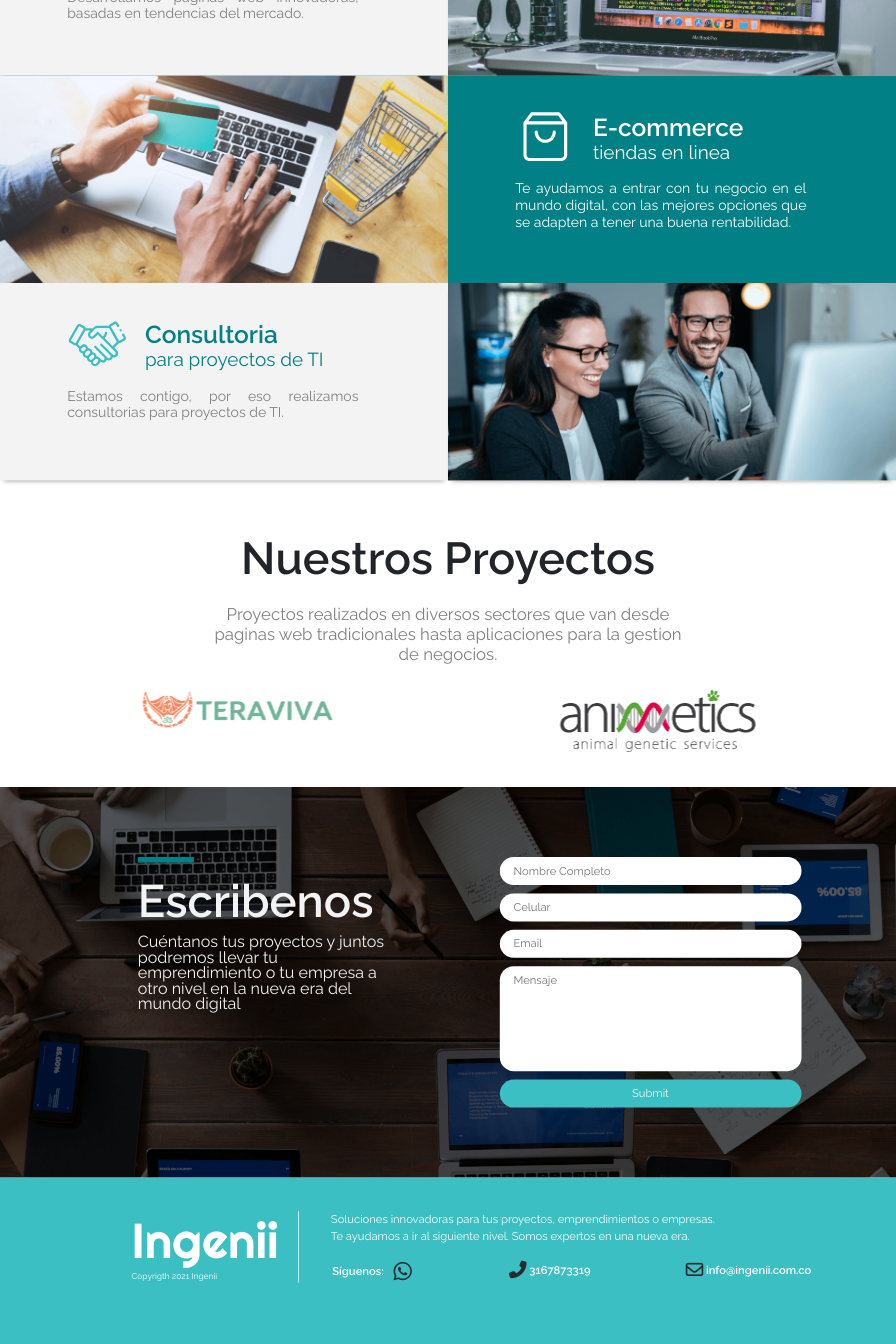
Repository: mariomr87/testwebpage
Page: index.html
An editor plug-in stored every save of this project. The page is shown before and after the next save, followed by the edit.
The browser window is 1280 px wide. The pictures show the part of the page from y = 1606 to 3526 px (the page is 3526 px tall), at 70% of full size.
Some web libraries are served in a nearby version.

Above is the page before, as saved 2021-10-19 21:05:03.

### index.html
<!DOCTYPE html>
<html>
<head>
	<meta charset="utf-8">
	<title>Ingenii - Nueva era</title>
	<link href="style.css" rel="stylesheet">
	<!-- CSS only -->
	<link href="https://cdn.jsdelivr.net/npm/bootstrap@5.0.2/dist/css/bootstrap.min.css" rel="stylesheet" integrity="sha384-EVSTQN3/azprG1Anm3QDgpJLIm9Nao0Yz1ztcQTwFspd3yD65VohhpuuCOmLASjC" crossorigin="anonymous">
	<link rel="preconnect" href="https://fonts.googleapis.com">
	<link rel="preconnect" href="https://fonts.gstatic.com" crossorigin>
	<link href="https://fonts.googleapis.com/css2?family=Raleway:ital,wght@0,200;0,400;0,600;1,900&display=swap" rel="stylesheet">
	<script src="https://kit.fontawesome.com/ffd6f804ac.js" crossorigin="anonymous"></script>

	<!--MENU BOOSTRAP JavaScript Bundle with Popper -->
	<script src="https://cdn.jsdelivr.net/npm/bootstrap@5.1.1/dist/js/bootstrap.bundle.min.js" integrity="sha384-/bQdsTh/da6pkI1MST/rWKFNjaCP5gBSY4sEBT38Q/9RBh9AH40zEOg7Hlq2THRZ" crossorigin="anonymous"></script>

	<!--Carrusel-->
	<link href="https://cdn.jsdelivr.net/npm/bootstrap@5.0.2/dist/css/bootstrap.min.css" rel="stylesheet" integrity="sha384-EVSTQN3/azprG1Anm3QDgpJLIm9Nao0Yz1ztcQTwFspd3yD65VohhpuuCOmLASjC" crossorigin="anonymous">
	<link rel="stylesheet" type="text/css" href="carousel.css">
	<script src="https://ajax.googleapis.com/ajax/libs/jquery/1.12.4/jquery.min.js" type="text/javascript" ></script>
	<script src="slick.js" type="text/javascript" charset="utf-8"></script>

	<!-- viewport mobile -->
	<meta name="viewport" content="width=device-width, initial-scale=1.0">


</head>
	<body>

		<!-- Menu -->
		<nav class="navbar navbar-expand-lg  sticky-top navbar-dark lineamenu ">
			<div class="container-fluid">
			  <a class="navbar-brand col-md-2 text-center navbar-expand-lg" href="#"><span class="menuimg-texto">Ingenii</span></a>
			  <button class="navbar-toggler" type="button" data-bs-toggle="collapse" data-bs-target="#navbarSupportedContent" aria-controls="navbarSupportedContent" aria-expanded="false" aria-label="Toggle navigation">
				<span class="navbar-toggler-icon "></span>
			  </button>
			  <div class="collapse navbar-collapse " id="navbarSupportedContent">
				<ul class="navbar-nav col-md-10">
				  <li class="nav-item">
					<a class="nav-link" aria-current="page" href="#">
						<span class="separar"><img src="./imagenes/menu/Icon-inicio.svg" class="d-inline-block align-text-top menuing-redes-logos"></span>
						<span class="menu-texto-opc">Inicio</span>
					</a>
				  </li>
				  <li class="nav-item">
					<a class="nav-link" href="#servicios4">
						<span class="separar"><img src="./imagenes/menu/Icon-Servicios.svg" class="d-inline-block align-text-top menuing-redes-logos"></span>
						<span class="menu-texto-opc">Servicios</span>
					</a>
				  </li>
				  <li class="nav-item">
					<a class="nav-link " href="#quienessomos" tabindex="-1" aria-disabled="true">
						<span class="separar"><img src="./imagenes/menu/Icon-Quienes somos.svg" class="d-inline-block align-text-top menuing-redes-logos"></span>
						<span class="menu-texto-opc">¿Quiénes somos?</span>
					</a>
				  </li>
				  <li class="nav-item">
					<a class="nav-link " href="#link-ntrabajo" tabindex="-1" aria-disabled="true">
						<span class="separar"><img src="./imagenes/menu/Icon- nuestro-trabajo.svg" class="d-inline-block align-text-top menuing-redes-logos"></span>
						<span class="menu-texto-opc">Nuestro Trabajo</span>
					</a>
				  </li>
				  <li class="nav-item">
					<a class="nav-link " href="#link-escribenos" tabindex="-1" aria-disabled="true">
						<span class="separar"><img src="./imagenes/menu/Icon - escribenos.svg" class="d-inline-block align-text-top menuing-redes-logos"></span>
						<span class="menu-texto-opc">Escribenos</span>
					</a>
				  </li>
				</ul>
				<div class="col-md-1 text-center">
					<!-- <span class="separar"><img class="menuing-redes-logos" src="./imagenes/menu/Facebook.svg" alt=""></span> -->
					<img class="menuing-redes-logos" src="./imagenes/menu/WhatsApp.svg" alt="">
				</div>
			  </div>
			</div>
		  </nav>

		<!-- Slider -->
		<div class="container-fluid slider text-centro text-center">
			<div class="row" id="servicios4">
				<div>
					<h3 class="logo title-slider">Ingenii</h3>
					<h3 class="blanco slider-text">Expertos en la nueva era</h3>
					<h3 id="app-web">Aplicaciones web_</h3><br>
					<img id="flecha-down" src="./imagenes/principal/flecha.svg">
				</div>
			</div>
		</div>
		<!-- Quienes somos y servicios -->
		<div class="container-fluid " >
			<!-- Iconos de servicios -->
			<div class="cuadros-servi row ">
				<div class="azul-claro-bg cuadro col ">
					<img src="./imagenes/principal/app.svg" class="icon-serv">
					<h5><span class="negrilla "><strong>Aplicaciones</strong> </span><br>web a la medida</h5>
				</div>
				<div class="azul-claro-bg cuadro col">
					<img src="./imagenes/principal/desarrollo.svg" class="icon-serv"><h5><span class="negrilla ">Desarrollo</span><br>de Páginas web</h5>
				</div>
				<div class="azul-claro-bg cuadro col">
					<img src="./imagenes/principal/tienda.svg" class="icon-serv">
					<h5><span class="negrilla ">E-commerce</span><br> tiendas en linea</h5>
				</div>
				<div class="azul-claro-bg cuadro col">
					<img src="./imagenes/principal/consultoria.svg" class="icon-serv"><h5><span class="negrilla ">Consultoría</span><br>para proyectos TI</h5>
				</div>
			</div>

			<!-- Texto quienes somos -->
			<div class="row just-somos" id="quienessomos">
				<div class="col-md-6 centrar-somos">
					<p class="line-blue"> </p>
					<h1 class="text-quienes" >Quiénes</h1><h2 class="text-somos">Somos</h2>
				</div>
				<div class="col-md-6">
					<p class="texto-qs"><span class="negrilla">Ingenii</span> es un emprendimiento que nace para ayudar a miles emprendedores a <span class="negrilla">migrar al mundo digital,</span> en un momento en el cual el
					comercio electrónico ha tomado una importancia estratégica para que muchas ideas de negocios tengan éxito, además de asesorar a
					nuestros clientes para que lleven su emprendimiento o empresa al siguiente nivel.
					<br><br>Hacemos nuestro trabajo con seriedad, honestidad y profesionalismo, estamos 100% comprometidos con nuestros clientes.</p>
				</div>
			</div>
		</div>
		<!-- Servicios -->
		<div class="container-fluid">
			<div class="row row-cols-2 servi-col">
				<!--Aplicaciones -->
				<div class="col azul-claro-bg sombra one">
					<img class="servicios-img" src="imagenes/servicios/Aplicaciones.png">
				</div>
				<div class="col azul-claro-bg text-app sombra two">
						<div class="centra-app">
							<div class="interlineas">
								<img src="./imagenes/servicios/web-a-medida.svg" class="icon-serv">
								<span class="text-app-p"><span class="text-app-icon">Aplicaciones</span><p class="text-app-icon2">Web a la medida</p></span>
							</div>
							<div class="interlineas">
								<p class="text-app-des">Desarrollamos aplicaciones web que se ajusten a las necesidades de tu emprendimiento, empresa o proyecto.</p>
							</div>
						</div>
				</div>
				<!--Desarrollo -->
				<div class="col blanco-bg sombra three">
					<div class="text-app ">
						<div class="centra-app">
							<div class="interlineas">
								<img src="./imagenes/servicios/desarrollo-web.svg" class="icon-serv">
								<span class="azul text-app-p"><span class="text-app-icon">Desarrollo</span><p class="text-app-icon2">de paginas web</p></span>
							</div>
							<div class="interlineas" >
								<p class="gris2 text-app-des">Desarrollamos paginas web innovadoras, basadas en tendencias del mercado.</p>
							</div>
						</div>
					</div>
				</div>
				<div class="col blanco-bg sombra four">
					<img class="servicios-img" src="imagenes/servicios/desarrolloweb.png">
				</div>
				<!--E-commerce-->
				<div class="col azul-bg sombra five">
					<img class="servicios-img" src="imagenes/servicios/ecommerce.png">
				</div>
				<div class="col azul-bg sombra six">
					<div class="text-app">
						<div class="centra-app">
							<div class="interlineas">
								<img src="./imagenes/servicios/ecommerce.svg" class="icon-serv">
								<span class="text-app-p"><span class="text-app-icon">E-commerce</span><p class="text-app-icon2">tiendas en linea</p> </span>
							</div>
							<div class="interlineas">
								<p class="text-app-des">Te ayudamos a entrar con tu negocio en el mundo digital, con las mejores opciones que se adapten a tener una buena rentabilidad.</p>
							</div>
						</div>
					</div>
				</div>
				<!--Consultoria -->
				<div class="col blanco-bg sombra seven">
					<div class="azul text-app">
					<div class="centra-app">
							<div class="interlineas">
								<img src="./imagenes/servicios/consultoria-TI.svg" class="icon-serv">
								<span class="text-app-p"><span class="text-app-icon">Consultoria</span> <p class="text-app-icon2"> para proyectos de TI</p></span>
							</div>
							<div class="interlineas">
								<p class="gris2 text-app-des">Estamos contigo, por eso realizamos consultorias para proyectos de TI.</p>
							</div>
					</div>
					</div>
				</div>
    			<div class="col blanco-bg sombra eight">
					<img class="servicios-img" src="imagenes/servicios/consultoria.png">
				</div>
			</div>
		</div>


		<!-- Nuestros Proyectos -->
		<div class="container-fluid" id="link-ntrabajo">
			<div class="row">
				<div class="col-md-12 text-center">
					<p class="proyectos">Nuestros Proyectos</p>
					<p class="proyectos-txt">Proyectos realizados en diversos sectores que van desde paginas web tradicionales hasta aplicaciones para la gestion de negocios.</p>
				</div>
				<div class="col-md-12 container">
					<section class="customer-logos slider2">
						<div class="slide"><img src="images/image3.png"></div>
						<div class="slide"><img src="images/image4.png"></div>
						<div class="slide"><img src="images/image3.png"></div>
						<div class="slide"><img src="images/image4.png"></div>
					</section>
				</div>
			</div>
		</div>

		<!-- Contacto -->
		<div class="container-fluid contacto-container" id="link-escribenos">
			<div class="row">
				<div class="col-md-6">
					<div class="contacto-column-1">
						<p class="line-blue"> </p>
						<h2 class="contacto-title blanco">Escribenos</h2>
						<p class="contacto-desc blanco">Cuéntanos tus proyectos y juntos podremos llevar tu emprendimiento o tu empresa a otro nivel en la nueva era del mundo digital</p>
					</div>
					</div>
				<div class="col-md-6">
					<form class="contacto-form">
						<input type="text" class="contacto-input" placeholder="Nombre Completo" name="nombre">
						<input type="text" class="contacto-input" placeholder="Celular" name="celular">
						<input type="email" class="contacto-input" placeholder="Email" name="email">
						<textarea name="mensaje" class="contacto-textarea" placeholder="Mensaje"></textarea>
						<input type="submit" class="contacto-input azul-claro-bg" name="Enviar">
					</form>
				</div>
			</div>
		</div>
		<!-- Footer -->
		<div class="container-fluid azul-claro-bg p-5">
			<div class="row pb-4">
				<div class="col-md-4">
					<div class="footer-container">
						<h2 class="logo title-footer">Ingenii</h2>
						<p class="subtitle-footer">Copyrigth 2021 Ingenii</p>
					</div>
				</div>
				<div class="col-md-8">
					<div class="social-container">
						<p class="" style="padding: 0px 22px;">Soluciones innovadoras para tus proyectos, emprendimientos o empresas.<br>Te ayudamos a ir al siguiente nivel. Somos expertos en una nueva era.</p>
						<div class="container">
							<div class="row">
								<div class="col-md-4">
									<span class="social-icon-text" style="vertical-align: middle;">Síguenos:
									</span>
									<!-- <a href="www.facebook.com" class="link-icon-footer gris">
										<i class="fab fa-facebook"></i>
									</a> -->
									<a href="https://api.whatsapp.com/send?phone=573167873319&text=Bienvenidos%20a%20Ingenii%20una%20Nueva%20Era.%20En%20que%20podemos%20ayudar?" class="link-icon-footer gris">
										<i class="fab fa-whatsapp"></i>
									</a>
								</div>
								<div class="col-md-4 mt-2">
									<i style="vertical-align: middle;" class="fas fa-phone-alt gris icon-footer"></i><span class="social-icon-text"> 3167873319</span>
								</div>
								<div class="col-md-4 mt-2">
									<i style="vertical-align: middle;" class="far fa-envelope gris icon-footer"></i><span class="social-icon-text"> info@ingenii.com.co</span>
								</div>
							</div>
						</div>
					</div>
				</div>
			</div>
		</div>

		<script type="text/javascript">
			$(document).ready(function(){
				$('.customer-logos').slick({
					slidesToShow: 2,
					slidesToScroll: 1,
					autoplay: true,
					autoplaySpeed: 500,
					arrows: false,
					dots: false,
						pauseOnHover: false,
						responsive: [{
						breakpoint: 500,
						settings: {
							slidesToShow: 4
						}
					}, {
						breakpoint: 520,
						settings: {
							slidesToShow: 3
						}
					}]
				});
			});
		</script>

	</body>
</html>

### style.css
/*
autor: Estiven Oviedo Gonzalez;
fecha: 2021-07-18;
*/

@font-face {
    font-family: 'Righteous';
    src: url('font/Righteous-Regular.ttf');
}


body{
	font-family: 'Raleway', sans-serif !important;
}

.lineamenu{
	border-bottom-width: 1px;
	border-bottom-style: solid;
	/* border-bottom-color: #c5c3c3 ; */
	background-color: #292b2f;
}

.menuimg-texto{
	font-weight: 900;
	font-size: 3em;
	font-family: 'Righteous', cursive;
	color: #fff;
}

.separar{
	padding-right: 10px;
}

.menu-texto-opc{
	font-size: 1.2em;
	color: white;

}
.menuing-redes-logos{
	width: 1.5em;
}

.navbar-nav{
	justify-content: center;

}

.nav-item{
	padding: 24px 10px;
}

.nav-item:hover{
	box-shadow: inset 0px -7px #3bbfc3;
}

.logo{
	font-family: 'Righteous', cursive;
	color: #fff;
}

.azul{
	color: #018185;
}

.gris{
	color: #292b2f;
}

.verde{
	color: #40af93;
}

.azul-claro{
	color: #3bbfc3;
}

.blanco{
	color: #f3f3f3;
}

.azul-bg{
	background-color: #018185;
	color: #fff;
}

.gris-bg{
	background-color: #292b2f;
}

.verde-bg{
	background-color: #40af93;
}

.azul-claro-bg{
	background-color: #3bbfc3;
	color: #f3f3f3;
}

.blanco-bg{
	background-color: #f3f3f3;
}


.sombra{
	box-shadow: 0px 7px 7px -6px gray;
}

/* servicios */
.servicios-img{
	width: 100%;
}

.title-footer{
	font-size: 70px;
	margin: 0;
}

.subtitle-footer{
	color: #fff;
	font-size: 12px;
}

.footer-container{
	margin-left: 140px;
	border-right: 1px solid #fff;
}

.social-container{
	color: #fff;
}

.link-icon-footer{
	font-size: 30px;
	padding: 0px 10px;
	vertical-align: middle;
}

.icon-footer{
	font-size: 25px;
}

.social-icon-text{
	font-weight: 600;
}

.contacto-container{
	background-image: url('imagenes/formulario/fondo-formulario.png');
	background-size: cover;
}

.contacto-form{
	margin: 100px 20% 100px 10%;
}

.contacto-input{
	display: block;
    padding: 8px 20px;
    border-radius: 40px;
    border: none;
    margin-bottom: 12px;
    width: 100%;
}

.contacto-textarea{
	display: block;
    padding: 8px 20px;
    border-radius: 20px;
    border: none;
    margin-bottom: 12px;
    resize: none;
    width: 100%;
    height: 150px;
}

.contacto-column-1{
	margin: 100px 10% 100px 30%;
}

.contacto-title{
	font-size: 65px;
	font-weight: 900;
}

.contacto-desc{
	text-align:left;
	font-size: 23px;
	line-height: 22px;
}

.slider{
	background-image: url('imagenes/principal/banner.png');
	background-size: cover;
}

.title-slider{
	font-size: 110px;
	margin: 0;
}

.slider-text{
	font-size: 40px ;
	font-weight: bold;
}

#app-web{
	display: inline;
	background-color: #f6f6f6;
	color: #018185;
	padding: 0px 20px;
}

.text-quienes{
	font-weight:bold;
	font-size:100px;
}

.text-somos{
	font-size:80px;
	line-height: 10px;
}

.line-blue{
	background-color: #018185;
	height: 8px;
	width: 80px;
}

.texto-qs{
	text-align: justify;
	font-size: 18px;
	color: gray;

}

.negrilla{
	font-weight: bold;
}

.cuadro span {
	font-size: 1.5em;
}

.just-somos{
	padding-left: 100px;
	padding-right: 100px;
	padding-top: 0;
	padding-bottom: 50px;
	line-height: initial;
}

.centrar-somos{
	align-content: center;
	justify-content: center;
	display: grid;
}


.text-app{
	position: relative;
	padding-top: 2%;

}

.centra-app{
	margin: 5% 20% 0 15%;
	text-align: justify;
}

.text-app-p{
	padding-left: 25px;

}

.text-app-icon{
	font-size: 35px;
	font-weight: 900;

}

.text-app-icon2{
	font-size: 27px;
}

.text-app-des{
	font-size: 20px;
	color: white;
}

.gris2{
	color: gray ;
}

.cuadro{
	margin: auto 1%;
	padding: 33px;
	box-shadow: -1px 5px 6px #889788;
}

.cuadros-servi{
	text-align: center;
	padding: 0% 8%;
	position: relative;
    bottom: 60px;

}
.interlineas{
	line-height:normal;
	display: flex;
	justify-content: flex-start;
    align-items: center;
	letter-spacing: normal;
}

.icon-serv{
	width: 86px;
	margin-bottom: 20px;
}

.cuadro img{
	padding-bottom: 15px;
}

.text-centro{
	padding: 8% 0%;

}

#flecha-down{
	padding-top: 2%;
	width: 3%;
}

.flotante{
	position: relative;
}

.servi-col div{
	padding-left: 0;
	padding-right: 0;
}

.proyectos{
	font-weight: 900;
	font-size: 4em;
	padding-top: 1em;
}

.proyectos-txt{
	color: gray;
	font-size: 1.5em;
	padding: 0 290px;
	line-height: normal;
}

@media screen and (max-width:1100px) {
	.cuadros-servi h5{
		font-size: 1rem;
	}

	.text-quienes{
		font-size: 80px;
	}

	.text-app-des{
		font-size: 15px;
	}

	.text-app-icon2 {
		font-size: 20px;
	}

	.text-app-icon {
		font-size: 25px;
	}

	.icon-serv {
		width: 65px;

	}

	.centra-app {
		margin: 5% 9% 0 15%;
	}

	.contacto-title{
		font-size: 60px;
	}

	.proyectos-txt{
		padding: 0 12px;
	}

	.footer-container{
		border: none;
	}
}

@media screen and (max-width:840px) {
	.cuadros-servi{
		position: initial;
		padding-top: 10px;
		flex-direction: column;
	}

	.cuadro{
		margin-bottom: 15px;
	}

	.just-somos{
		flex-direction:column;
		padding: 0;
	}

	.just-somos .col-md-6{
		width: 100%;
	}

	.line-blue{
		display: none;
	}

	.centrar-somos{
		padding-bottom: 35px;
	}

	.servi-col{
		flex-direction: column;
	}

	.proyectos-txt{
		padding: 0;
	}

	.servi-col div{
		width: 100%;
	}

	.centra-app{
		margin: 0;
	}

	.interlineas{
		justify-content: center;
	}

	.text-app-des{
		text-align: center;
	}

	.one{
		order: 0;
	}

	.two{
		order: 1;
	}


	.three{
		order: 3;
	}

	.four{
		order: 2;
	}

	.five{
		order: 4;
	}

	.six{
		order: 5;
	}

	.seven{
		order:7;
	}

	.eight{
		order: 6;
	}

}

@media screen and (max-width:450px) {
	.just-somos{
		padding: 0;

	}

	.proyectos-txt{
		padding: 0;
	}

	.servi-col div{
		width: 100%;
	}

	.centra-app{
		margin: 0;
	}

	.one{
		order: 0;
	}

	.two{
		order: 1;
	}

	.three{
		order: 3;
	}

	.four{
		order: 2;
	}

	.five{
		order: 4;
	}

	.six{
		order: 5;
	}

	.seven{
		order:7;
	}

	.eight{
		order: 6;
	}

}

### carousel.css
/* Slider */
.slick-slide {
    margin: 0px 20px;
}

.slick-slide img {
    width: 100%;
}

.slick-slider
{
    position: relative;
    display: block;
    box-sizing: border-box;
    -webkit-user-select: none;
    -moz-user-select: none;
    -ms-user-select: none;
            user-select: none;
    -webkit-touch-callout: none;
    -khtml-user-select: none;
    -ms-touch-action: pan-y;
        touch-action: pan-y;
    -webkit-tap-highlight-color: transparent;
}

.slick-list
{
    position: relative;
    display: block;
    overflow: hidden;
    margin: 0;
    padding: 0;
}
.slick-list:focus
{
    outline: none;
}
.slick-list.dragging
{
    cursor: pointer;
    cursor: hand;
}

.slick-slider .slick-track,
.slick-slider .slick-list
{
    -webkit-transform: translate3d(0, 0, 0);
       -moz-transform: translate3d(0, 0, 0);
        -ms-transform: translate3d(0, 0, 0);
         -o-transform: translate3d(0, 0, 0);
            transform: translate3d(0, 0, 0);
}

.slick-track
{
    position: relative;
    top: 0;
    left: 0;
    display: block;
}
.slick-track:before,
.slick-track:after
{
    display: table;
    content: '';
}
.slick-track:after
{
    clear: both;
}
.slick-loading .slick-track
{
    visibility: hidden;
}

.slick-slide
{
    display: none;
    float: left;
    height: 100%;
    min-height: 1px;
}
[dir='rtl'] .slick-slide
{
    float: right;
}
.slick-slide img
{
    display: block;
}
.slick-slide.slick-loading img
{
    display: none;
}
.slick-slide.dragging img
{
    pointer-events: none;
}
.slick-initialized .slick-slide
{
    display: block;
}
.slick-loading .slick-slide
{
    visibility: hidden;
}
.slick-vertical .slick-slide
{
    display: block;
    height: auto;
    border: 1px solid transparent;
}
.slick-arrow.slick-hidden {
    display: none;
}

.slider2 {
    padding: 20px 30px 50px 30px;
}

.slider2 div img{
    width: 50%;
    /* background-color: gray; */
    border-inline: 1px;
    display: block;
    margin: auto;

}

/* .slide{
 border-style: solid;
 color: red;

} */

Loaded but not shown: slick.js (library)

After the next save:
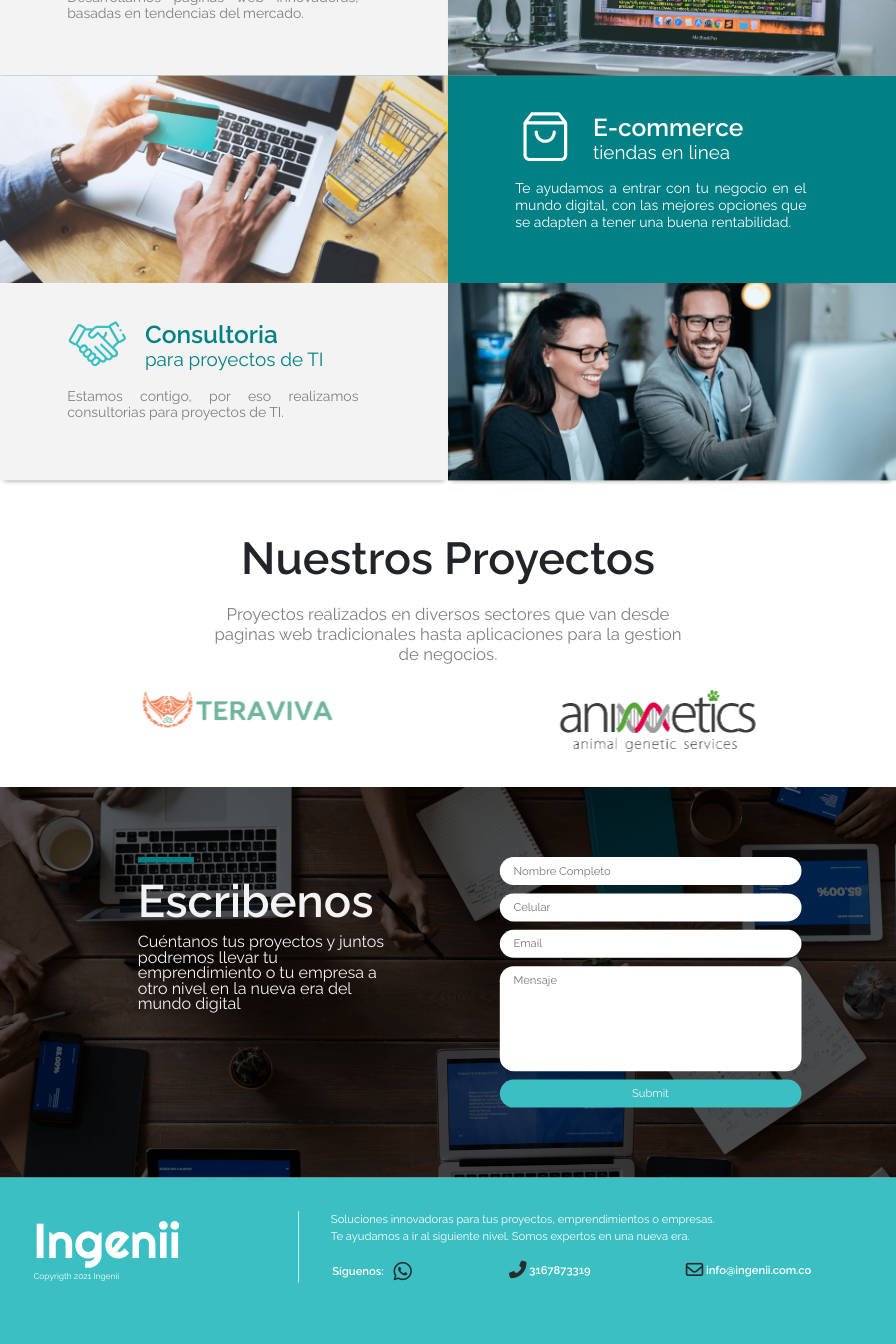
Saved 22 s later.
--- a/style.css
+++ b/style.css
@@ -121,7 +121,7 @@ body{
 }
 
 .footer-container{
-	margin-left: 140px;
+	margin-left: auto;
 	border-right: 1px solid #fff;
 }
 
